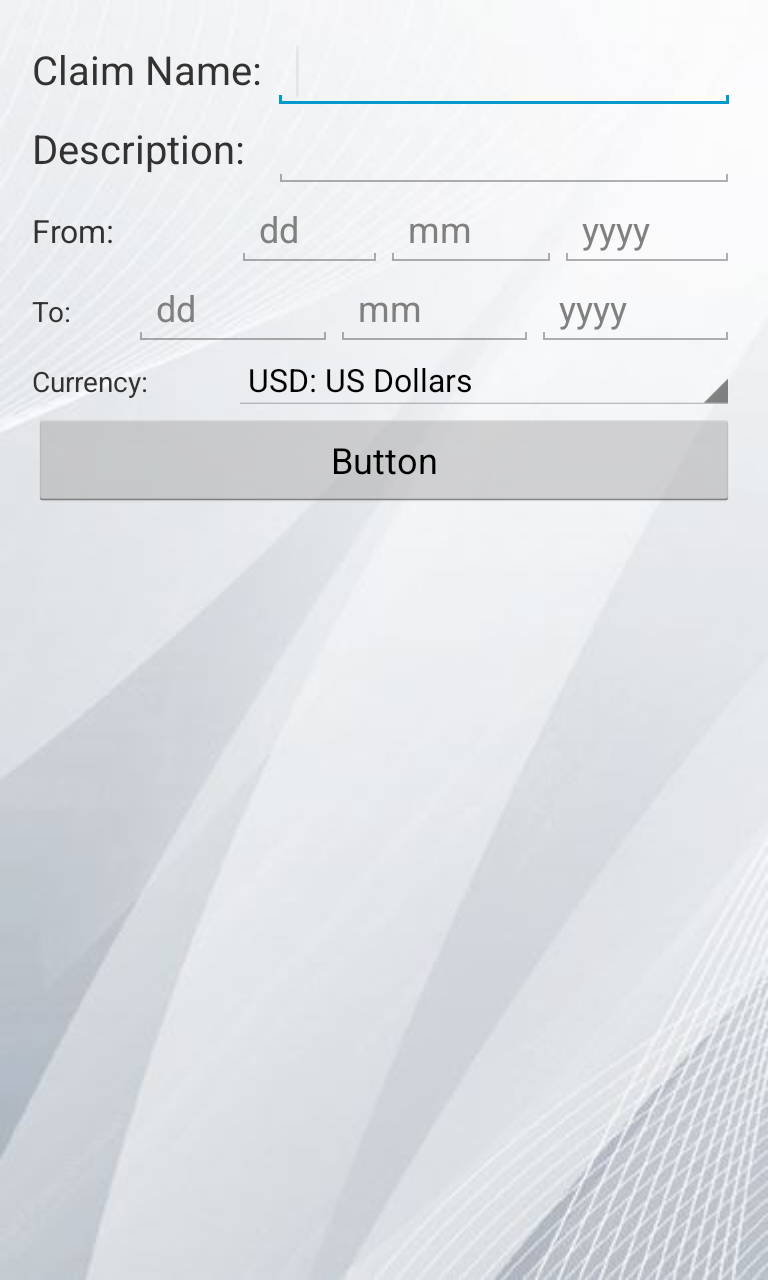
Repository: eorodrig/eorodrigTravelLogger
Layout: TravelLogger/res/layout/activity_new_claim.xml
These files come from the project's save history. The layout is drawn as it stood at one moment and after the next save; the edit follows.
It is drawn on a 768 x 1280 px phone screen (xhdpi) without system bars, with theme AppTheme; the app's code is not run. The app's manifest (not shown) leaves right-to-left support off. So textAlignment, textDirection and layoutDirection are ignored, and left and right values win over start and end ones.

Above is the layout before, as saved 2015-01-16 07:01:09.

After the next save:
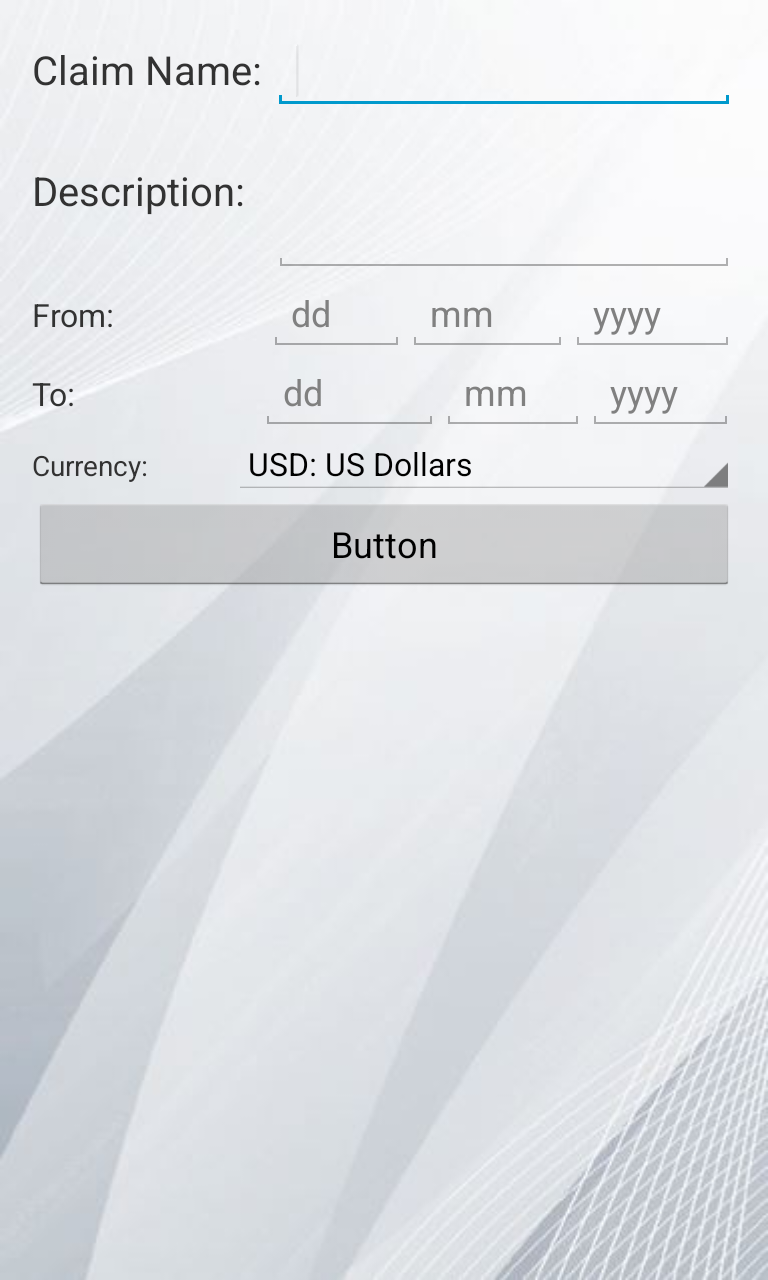
Saved 2 min 20 s later.
--- a/TravelLogger/res/layout/activity_new_claim.xml
+++ b/TravelLogger/res/layout/activity_new_claim.xml
@@ -52,7 +52,8 @@
                 android:layout_width="wrap_content"
                 android:layout_height="wrap_content"
                 android:layout_weight="1"
-                android:inputType="textMultiLine" />
+                android:inputType="textMultiLine"
+                android:lines="3" />
 
         </LinearLayout>
 
@@ -62,7 +63,7 @@
 
             <TextView
                 android:id="@+id/textView3"
-                android:layout_width="50dp"
+                android:layout_width="75dp"
                 android:layout_height="wrap_content"
                 android:layout_weight="1.68"
                 android:text="@string/from_date"
@@ -101,33 +102,35 @@
 
             <TextView
                 android:id="@+id/textView4"
-                android:layout_width="50dp"
+                android:layout_width="75dp"
                 android:layout_height="wrap_content"
-                android:text="@string/to_date" />
+                android:layout_weight="0.31"
+                android:text="@string/to_date"
+                android:textSize="16sp" />
 
             <EditText
                 android:id="@+id/editText6"
-                android:layout_width="wrap_content"
+                android:layout_width="22dp"
                 android:layout_height="wrap_content"
-                android:layout_weight="1"
+                android:layout_weight="0.55"
                 android:ems="10"
                 android:hint="dd"
                 android:inputType="number" />
 
             <EditText
                 android:id="@+id/editText7"
-                android:layout_width="wrap_content"
+                android:layout_width="68dp"
                 android:layout_height="wrap_content"
-                android:layout_weight="1"
+                android:layout_weight="0.04"
                 android:ems="10"
                 android:hint="mm"
                 android:inputType="number" />
 
             <EditText
                 android:id="@+id/editText8"
-                android:layout_width="wrap_content"
+                android:layout_width="66dp"
                 android:layout_height="wrap_content"
-                android:layout_weight="1"
+                android:layout_weight="0.07"
                 android:ems="10"
                 android:hint="yyyy"
                 android:inputType="number" />
